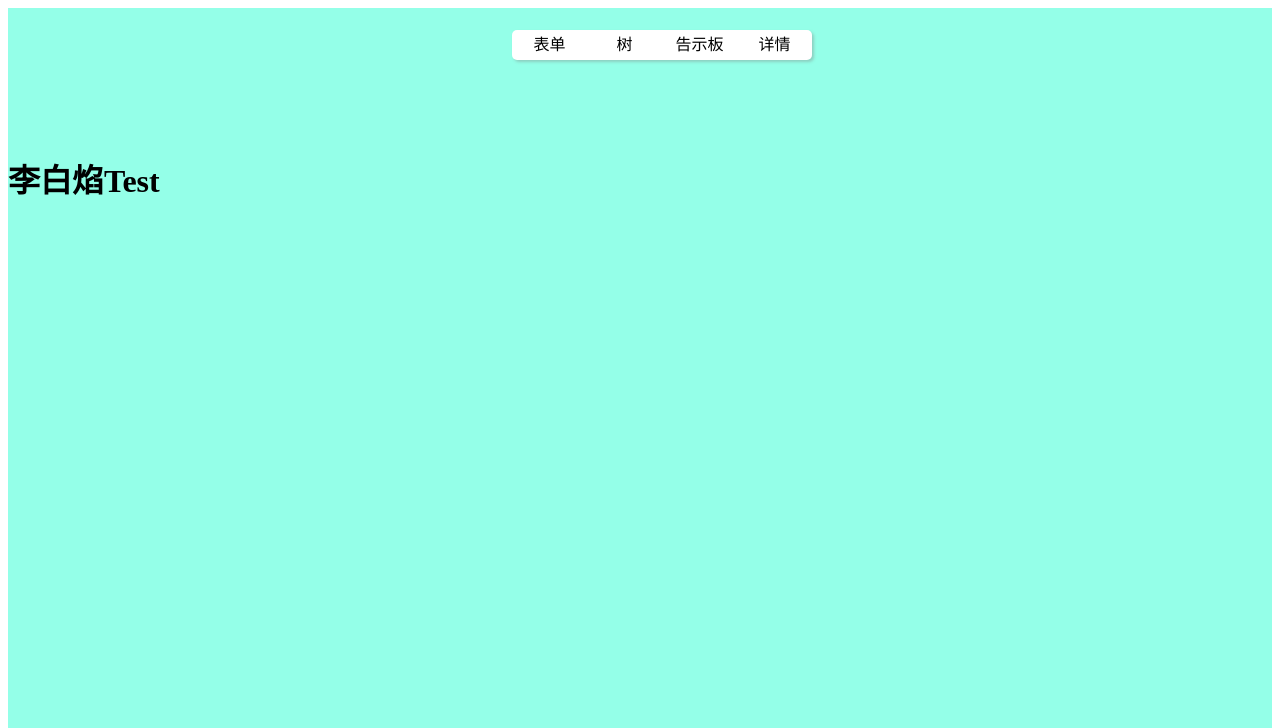
Repository: lxl0302/ClassBegin_-sound_code
Page: /#/
These files come from the project's save history. The page is drawn as it stood at one moment and after the next save; the edit follows.
The browser window is 1280 px wide. The pictures show the whole page.
The project was rebuilt for these pictures with package versions that can differ from the ones it lists, and the page was loaded fresh each time. Also part of the build but not shown: src/form/Form.vue, src/form/FromItem.vue, src/form/Input.vue, src/notice/KNotice.vue, src/form/index.vue, src/tree/Item1.vue, src/tree/index1.vue.

Above is the page before, as saved 2020-07-08 17:04:25.

### src/main.js
import Vue from 'vue'
import App from './App.vue'
import create from './utils/create'
import router from './router/index'

Vue.config.productionTip = false

Vue.prototype.$create =create

new Vue({
  router,
  render: h => h(App),
}).$mount('#app')

### src/App.vue
<template>
  <div id="app">
    <HelloWorld />
  </div>
</template>

<script>
import HelloWorld from './views/index'

export default {
  name: 'App',
  components: {
    HelloWorld
  }
}
</script>

<style>
  html,body{
    height: 100%;
  }
  #app {
    height: 100%;
  }
</style>

### src/utils/create.js
import Vue from 'vue';

export default function create(Component, props) {
  // 先创建实例
  const vm = new Vue({
    render(h) {
      // h就是createElement, 它返回VNode
      return h(Component, {props})
    }
  }).$mount();
  // 手动挂在dom 创建实例后 会有与实例对应的实体dom
  document.body.appendChild(vm.$el)
  // 销毁方法
  const comp = vm.$children[0];
  comp.remove = function() {
    document.body.removeChild(vm.$el); // 移除实体dom
    vm.$destroy() // 销毁实例
  }
  return comp
}

### src/router/index.js
import Vue from "vue";
import VueRouter from "vue-router";

// 1.安装插件
Vue.use(VueRouter);

// 2.创建vue-router实例
//   2.1 导入路由映射组件
import KFrom from "../form/index.vue";
import Tree from "../tree/index1.vue";
import HomePage from '../views/homepage.vue'
const router = new VueRouter({
  // 配置映射
  routes: [
    {
      path: '',
      redirect: '/pagehome'
    },
    {
      path: '/pagehome',
      component: HomePage
    },
    {
      path: "/kform", // 设置路由路径
      component: KFrom, // 路由路径对应组件
    },
    {
      path: "/tree",
      component: Tree,
    },
  ],
});

// 3.导出
export default router;

### src/views/index.vue
<template>
  <div class="zong">
    <div class="toolbar">
      <span @click="formClick">表单</span>
      <span @click="treeClick">树</span>
      <span>告示板</span>
      <span>详情</span>
    </div>
    <!-- 展示路由组件 -->
    <router-view></router-view>
  </div>
</template>

<script>
  export default {
    name: '',
    components: {},
    data() {
      return {}
    },
    computed: {},
    mounted() {},
    methods: {
      formClick() {
        this.$router.push('/kform')
      },
      treeClick() {
        this.$router.push('/tree')
      }
    }
  }
</script>
<style scoped>
  div {
    /*早期浏览器*/
    user-select: none;
  }

  .zong {
    width: 100%;
    height: 100%;
    background-color: rgba(0, 255, 200, 0.418);
  }

  .toolbar {
    position: absolute;
    top: 30px;
    left: 40%;
    width: 300px;
    height: 30px;
    border-radius: 5px;
    background-color: white;
    box-shadow: 2px 2px 3px rgba(128, 128, 128, 0.377);
    /* 设置元素两端对齐 */
    text-align: justify;
  }

  .toolbar::after {
    content: '';
    display: inline-block;
    overflow: hidden;
    width: 100%;
  }

  .toolbar span {
    width: 25%;
    /* 设置盒子为行内块 */
    display: inline-block;
    /* background-color: skyblue; */
    /* 设置盒子内元素水平居中 */
    text-align: center;
    /* 设置盒子内容垂直居中 */
    line-height: 30px;
  }

  .toolbar span:hover {
    font-size: 16px;
    color: rgb(47, 206, 255);
  }
</style>

### src/views/homepage.vue
<template>
  <div class>
    <br>
    <br>
    <br>
    <br>
    <br>
    <br>
    <br>
    <h1>李白焰Test</h1>
  </div>
</template>

<script>
export default {
  name: 'homepage',
  components: {},
  data() {
    return {}
  },
  computed: {},
  mounted() {},
  methods: {}
}
</script>
<style scoped>
</style>

Loaded but not shown: public/index.html (common file)

After the next save:
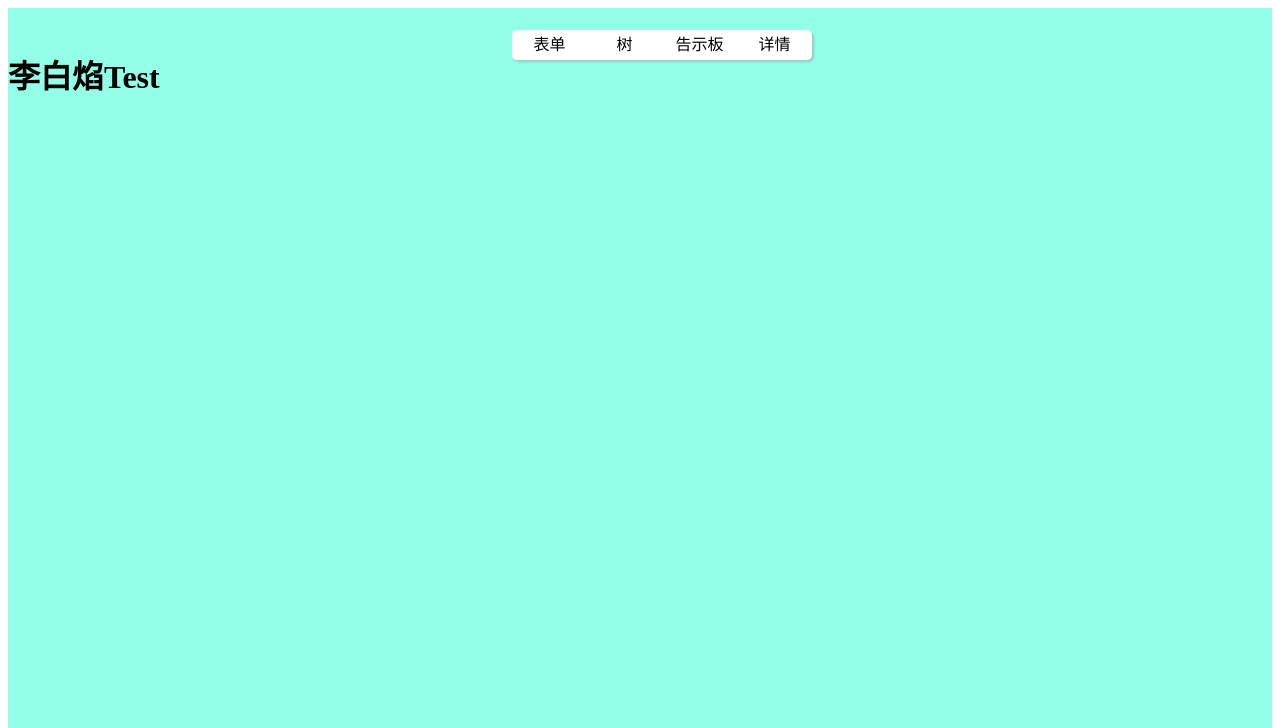
Saved 43 s later.
--- a/src/views/homepage.vue
+++ b/src/views/homepage.vue
@@ -1,12 +1,5 @@
 <template>
-  <div class>
-    <br>
-    <br>
-    <br>
-    <br>
-    <br>
-    <br>
-    <br>
+  <div class=baiyan>
     <h1>李白焰Test</h1>
   </div>
 </template>
@@ -24,4 +17,9 @@ export default {
 }
 </script>
 <style scoped>
+.baiyan{
+  position: absolute;
+  top: 30px;
+  text-align: center;
+}
 </style>
